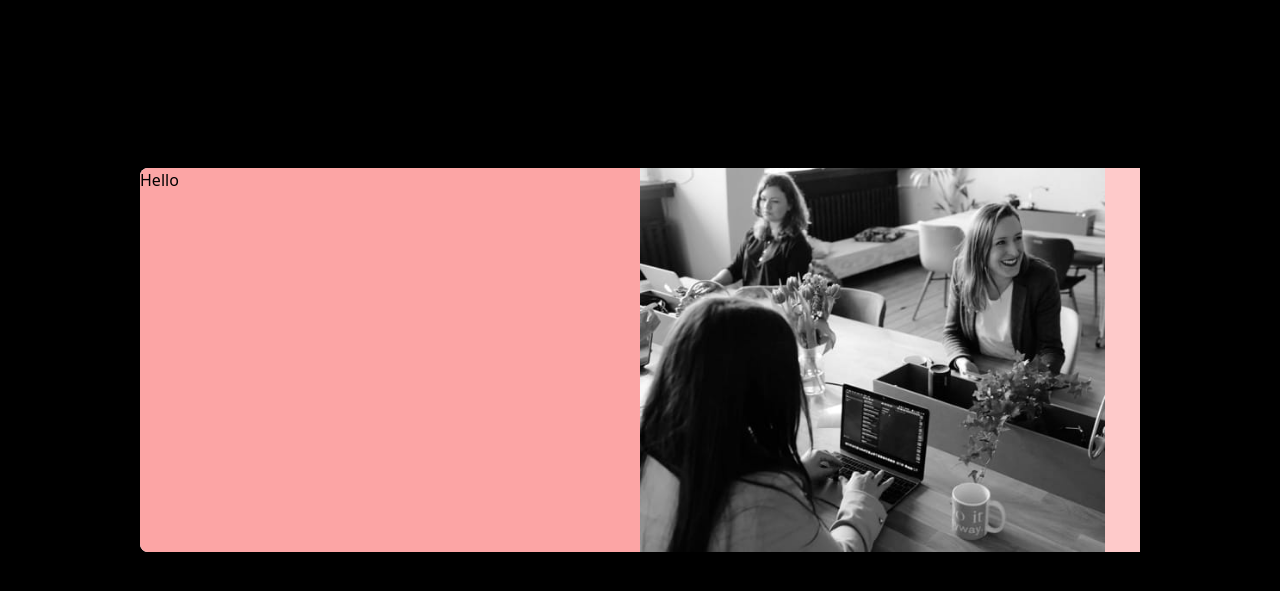
Repository: BerlinWebDev/FrontendMaster_PreviewMentor
Page: /
The author's editor kept a copy of each file at every save. The page is drawn from the files as they stood at one save, then again after the next save.
The browser window is 1280 px wide. The pictures show the whole page.
The project was rebuilt for these pictures with package versions that can differ from the ones it lists, and the page was loaded fresh each time.

Above is the page before, as saved 2023-11-11 01:47:52.

After the next save:
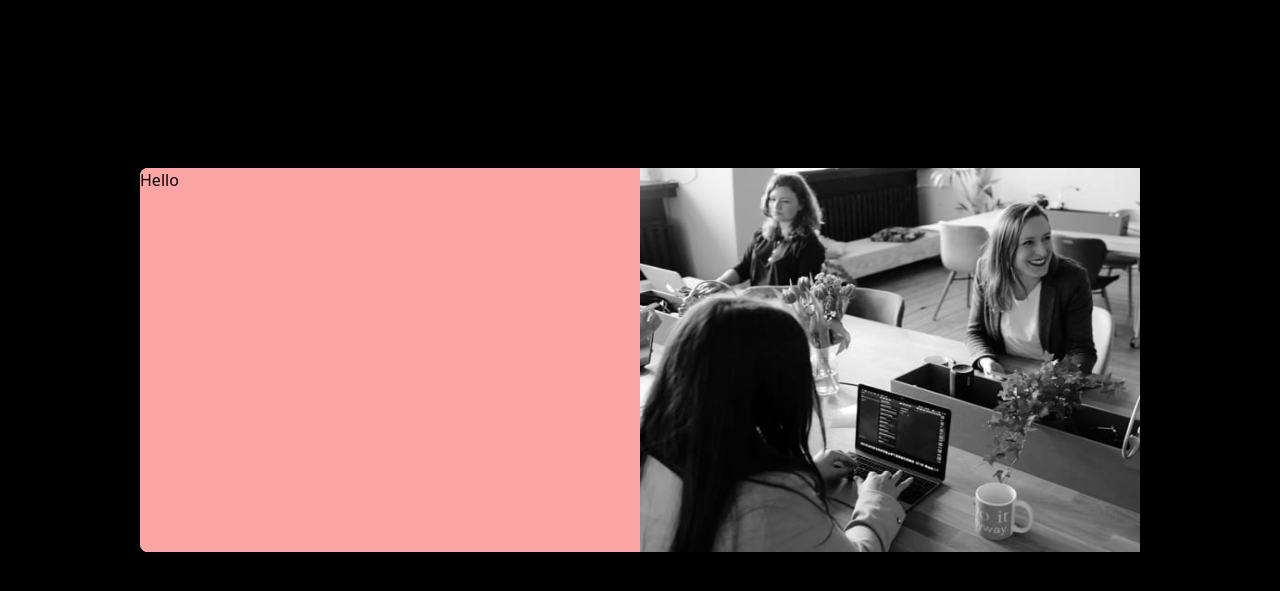
Saved 48 s later.
--- a/src/App.js
+++ b/src/App.js
@@ -12,7 +12,7 @@ function App() {
         <div className="flex h-96 w-[1000px] rounded-lg bg-white">
           <aside className="w-1/2 bg-red-300 rounded-l-lg">Hello</aside>
           <aside className="w-1/2 bg-red-200 rounded-l-lg">
-            <img className="h-96" src={Image} alt="Header-Desktop" />
+            <img className="h-96 w-[500px]" src={Image} alt="Header-Desktop" />
           </aside>
         </div>
       </main>
